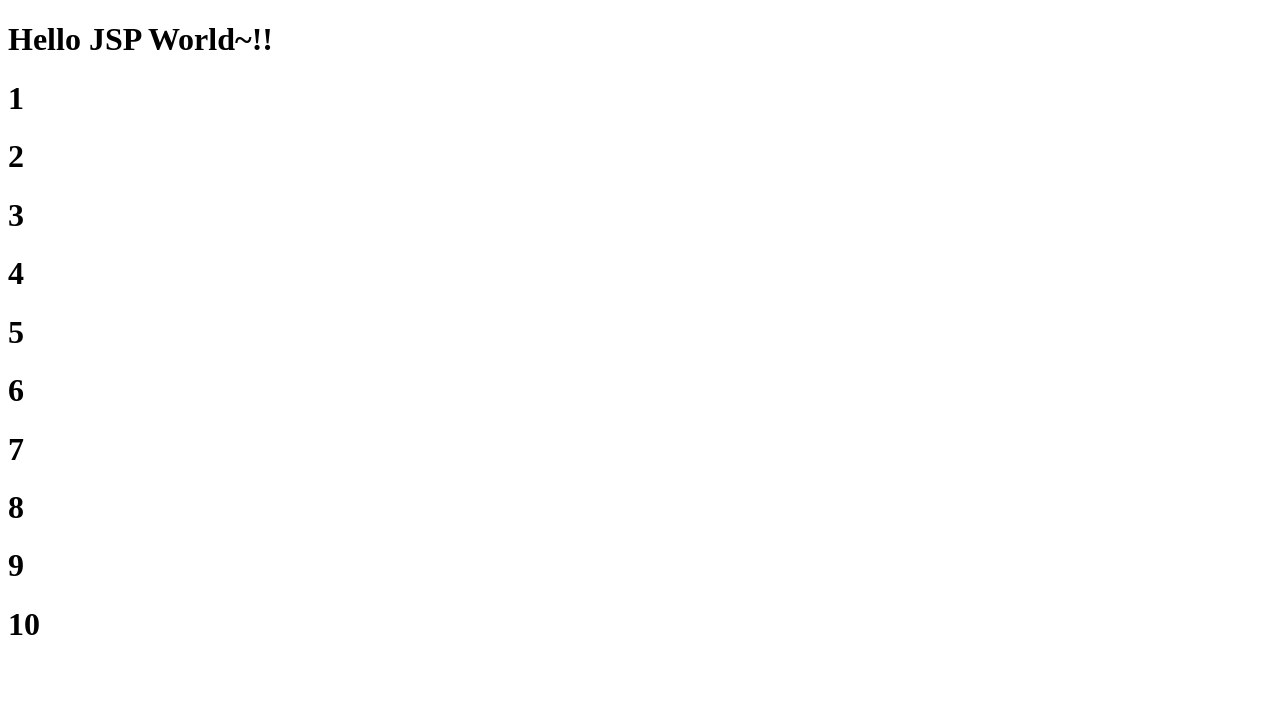
Repository: dtkd19/jsp-jstl_241021
Page: http://localhost/jstl_study/
These files come from the project's save history. The page is drawn as it stood at one moment and after the next save; the edit follows.
The browser window is 1280 px wide. The pictures show the whole page.
The page is served by Tomcat 9.

Above is the page before, as saved 2024-10-21 02:42:40.

After the next save:
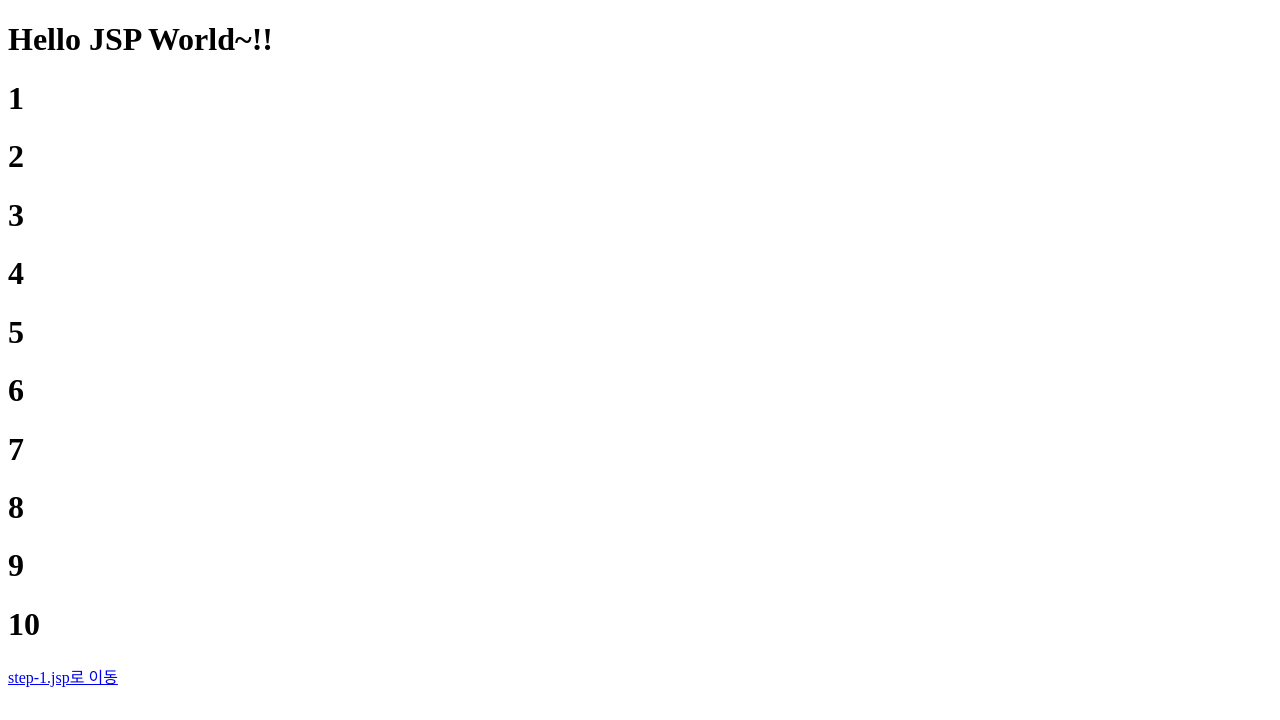
Saved 52 s later.
--- a/jstl_study/src/main/webapp/index.jsp
+++ b/jstl_study/src/main/webapp/index.jsp
@@ -14,5 +14,8 @@
 	<h1> <%=i %> </h1>
 <% }%>
 
+<a href="step-1.jsp">step-1.jsp로 이동</a>
+
+
 </body>
 </html>
